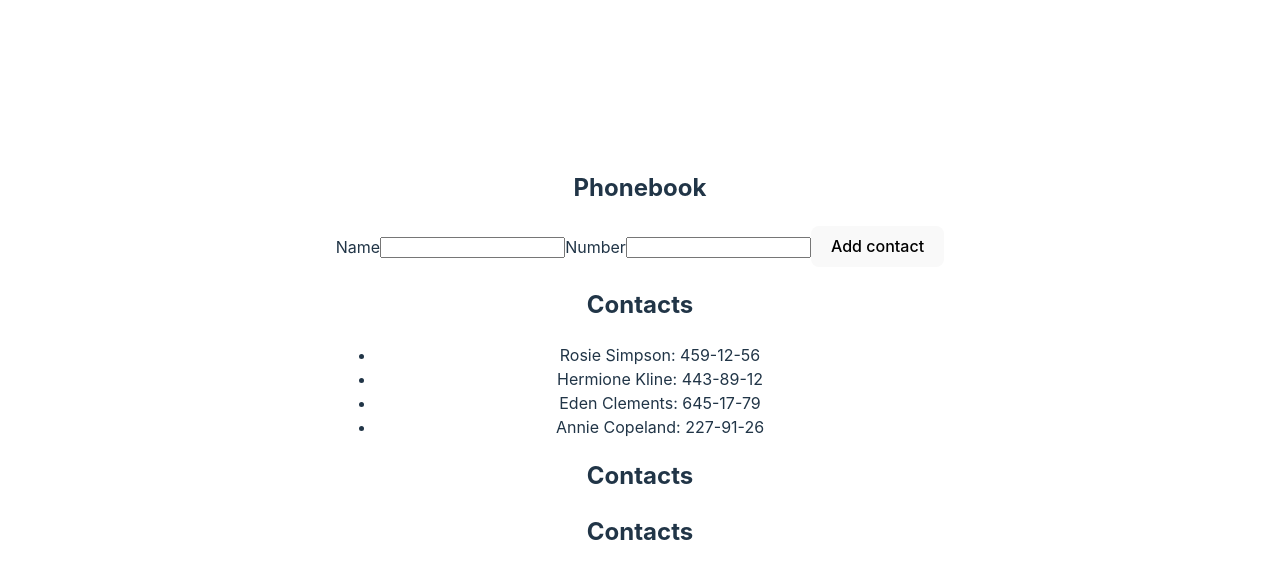
Repository: MagdalenaTyminska/React-Project-2
Page: /
An editor plug-in stored every save of this project. The page is shown before and after the next save, followed by the edit.
The browser window is 1280 px wide. The pictures show the whole page.
The project was rebuilt for these pictures with package versions that can differ from the ones it lists, and the page was loaded fresh each time. Also part of the build but not shown: vite.config.ts.

Above is the page before, as saved 2024-11-06 22:30:01.

After the next save:
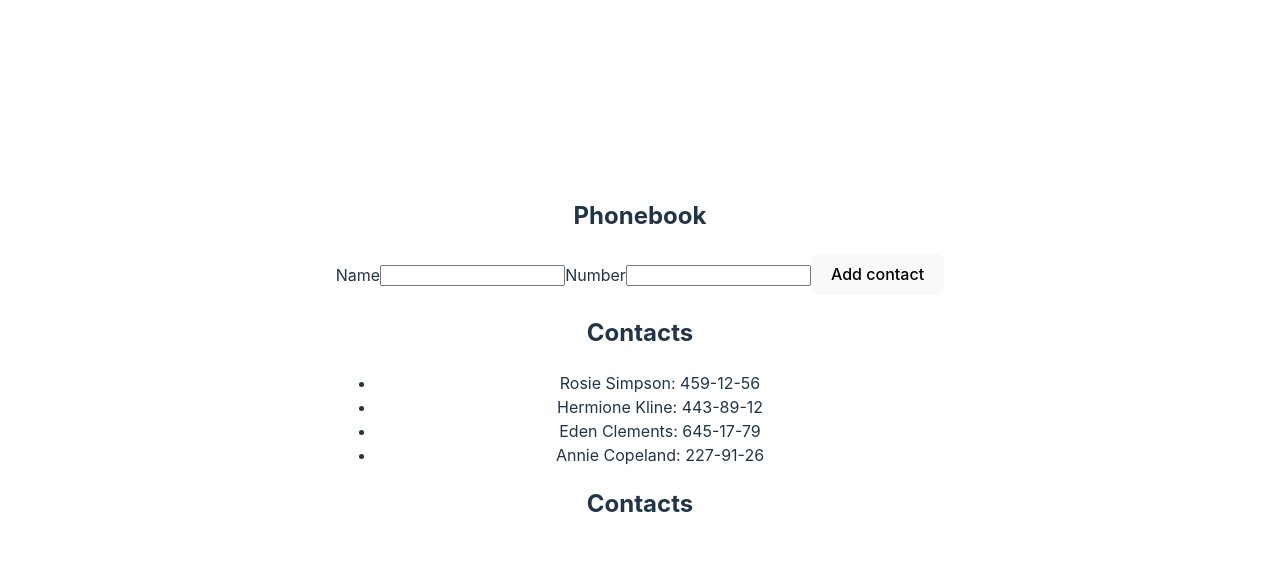
Saved 2 min 13 s later.
--- a/src/ContactList/ContactList.tsx
+++ b/src/ContactList/ContactList.tsx
@@ -1,30 +1,17 @@
-import { Component } from 'react';
+import React, { Component } from 'react';
 
-interface Contact {
-	id: string;
-	name: string;
-	number: string;
-}
-
-type ContactListProps = {
-	contacts: Contact[];
-};
-
-export class ContactList extends Component<ContactListProps> {
+class ContactList extends Component {
 	render() {
 		const { contacts } = this.props;
 
 		return (
-			<>
-				<h2>Contacts</h2>
-				<ul>
-					{contacts.map((contact) => (
-						<li key={contact.id}>
-							{contact.name}: {contact.number}
-						</li>
-					))}
-				</ul>
-			</>
+			<ul>
+				{contacts.map((contact, index) => (
+					<li key={index}>{contact}</li>
+				))}
+			</ul>
 		);
 	}
 }
+
+export { ContactList };
